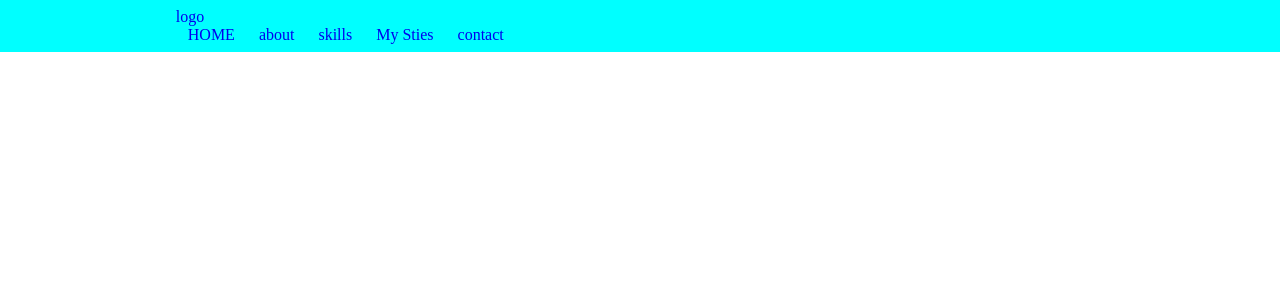
Repository: jun01270/jun
Page: index.html
An editor plug-in stored every save of this project. The page is shown before and after the next save, followed by the edit.
The browser window is 1280 px wide. The pictures show the whole page.

Above is the page before, as saved 2023-05-08 15:32:38.

After the next save:
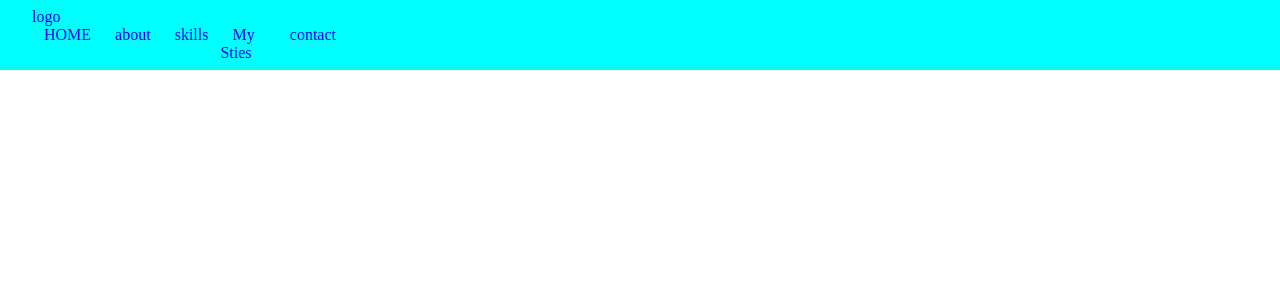
Saved 8 s later.
--- a/main.css
+++ b/main.css
@@ -35,7 +35,7 @@ html{
 .menu-bar{
     display: flex;
     list-style: none;
-    padding-right:100px;
+    padding-right:900px;
 }
 
 .menu-btn{
